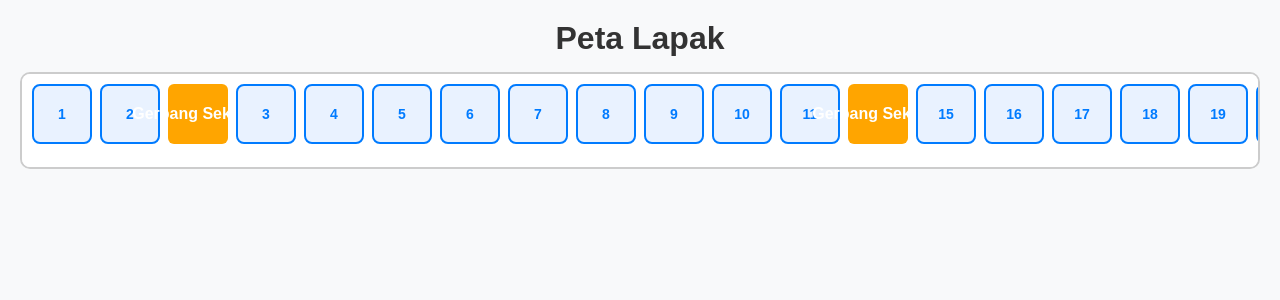
Repository: pasarrakyatbak/denah
Page: index.html
These files come from the project's save history. The page is drawn as it stood at one moment and after the next save; the edit follows.
The browser window is 1280 px wide. The pictures show the whole page.

Above is the page before, as saved 2025-09-19 08:01:21.

After the next save:
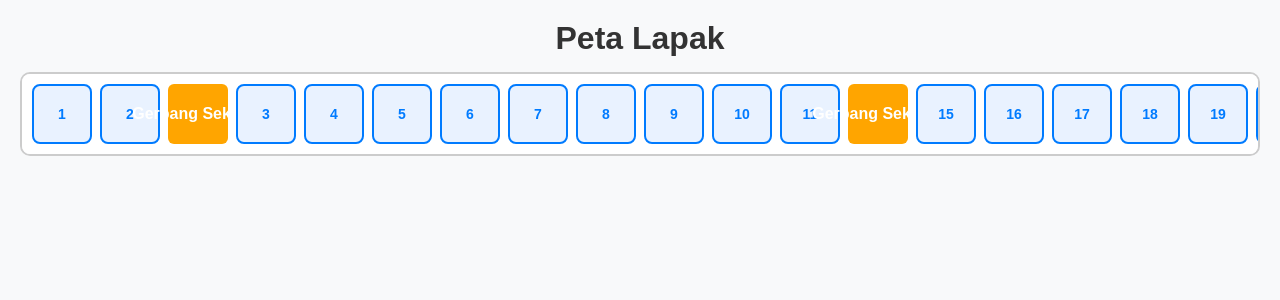
Saved 44 s later.
--- a/style.css
+++ b/style.css
@@ -48,15 +48,20 @@ h1 {
 
 
 /* Jalan tengah */
+/* Jalan tengah (horizontal memanjang) */
 .road {
-    writing-mode: vertical-rl;
-    text-orientation: mixed;
+    writing-mode: horizontal-tb;
+    /* teks normal mendatar */
     font-weight: bold;
     background: #333;
     color: #fff;
-    padding: 10px 5px;
+    padding: 8px 20px;
     border-radius: 10px;
+    display: flex;
+    align-items: center;
+    justify-content: center;
 }
+
 
 /* Kotak lapak */
 .lapak {
